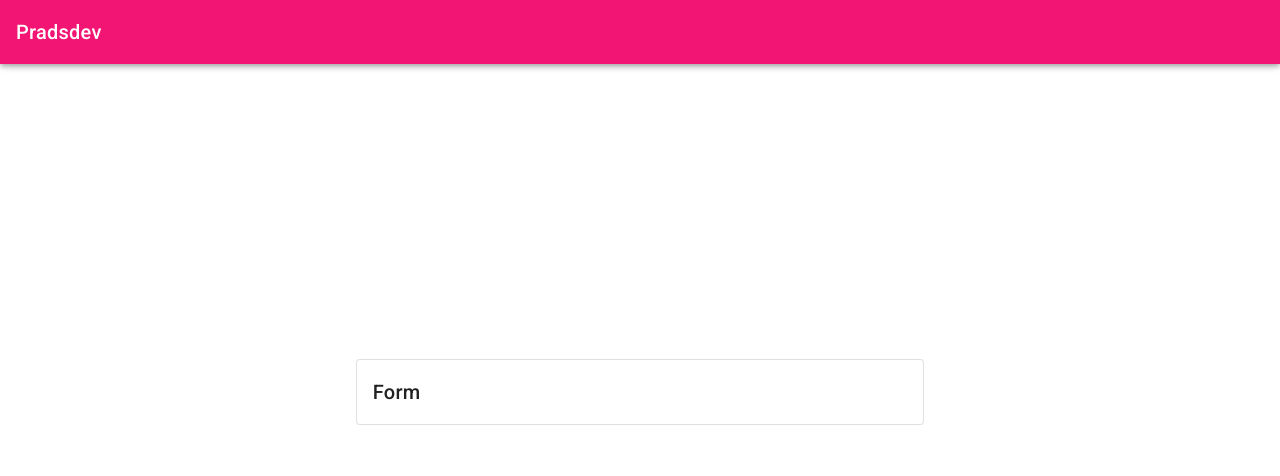
Repository: pradsdev/vue-form-validate
Page: /
These files come from the project's save history. The page is drawn as it stood at one moment and after the next save; the edit follows.
The browser window is 1280 px wide. The pictures show the whole page.
The project was rebuilt for these pictures with package versions that can differ from the ones it lists, and the page was loaded fresh each time. Also part of the build but not shown: vue.config.js.

Above is the page before, as saved 2020-12-21 22:48:45.

### src/App.vue
<template>
  <v-app>
    <v-app-bar
      app
      color="primary"
      dark
    >
      <div class="d-flex align-center">
        <div class="title">
          Pradsdev
        </div>
      </div>
    </v-app-bar>

    <v-main>
      <HelloWorld/>
    </v-main>
  </v-app>
</template>

<script>
import HelloWorld from './components/HelloWorld'

export default {
  name: 'App',

  components: {
    HelloWorld
  },

  data: () => ({
    //
  })
}
</script>

### src/plugins/vuetify.js
import Vue from 'vue'
import Vuetify from 'vuetify/lib/framework'

Vue.use(Vuetify)

export default new Vuetify({
  theme: {
    options: {
      customProperties: true
    },
    themes: {
      light: {
        primary: '#f31573',
        secondary: '#424242',
        accent: '#82B1FF',
        error: '#FF5252',
        info: '#2196F3',
        success: '#4CAF50',
        warning: '#FFC107'
      }
    }
  }
})

### src/components/HelloWorld.vue
<template>
  <v-container fill-height>
    <v-row class="text-center justify-center">
      <v-col cols="6">
        <v-card outlined>
          <v-card-title>
            Form
          </v-card-title>
        </v-card>
      </v-col>
    </v-row>
  </v-container>
</template>

<script>
export default {
  name: 'HelloWorld',

  data: () => ({
  })
}
</script>

Loaded but not shown: public/index.html (common file); src/main.js (common file)

After the next save:
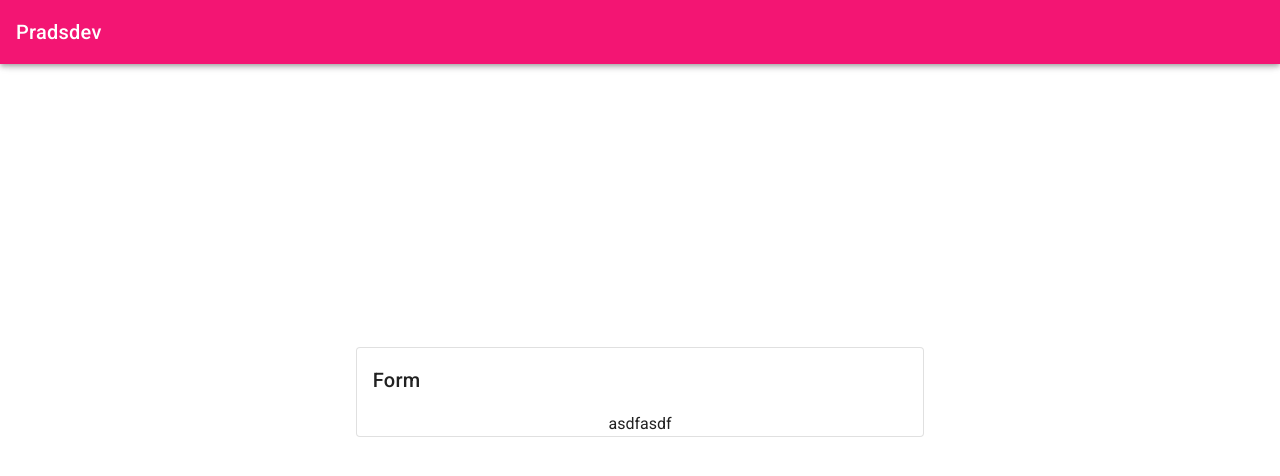
Saved 16 s later.
--- a/src/components/HelloWorld.vue
+++ b/src/components/HelloWorld.vue
@@ -6,6 +6,9 @@
           <v-card-title>
             Form
           </v-card-title>
+          <v-card-content>
+            asdfasdf
+          </v-card-content>
         </v-card>
       </v-col>
     </v-row>
